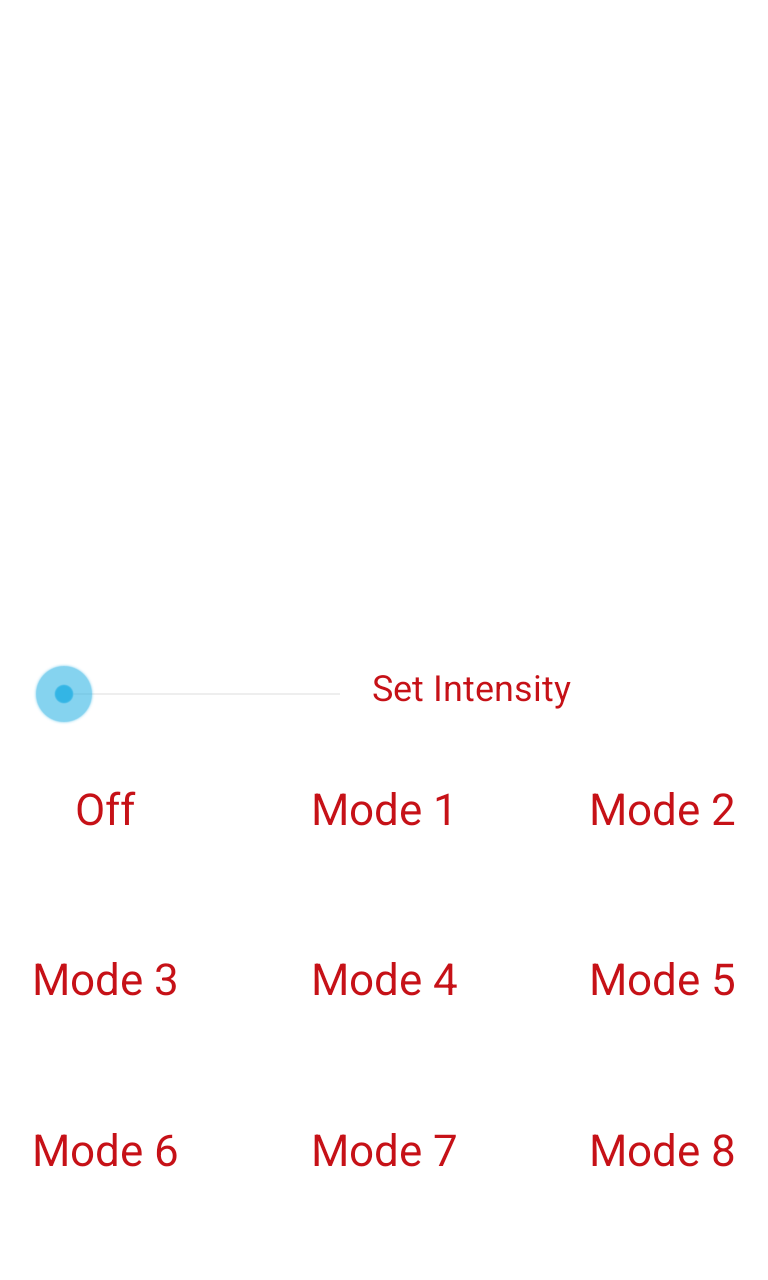
Repository: DigitasLabsParis/UnicornHorn
Layout: AndroidApp/UnicHorn/res/layout/activity_main.xml
The author's editor kept a copy of each file at every save. The layout is drawn from the files as they stood at one save, then again after the next save.
It is drawn on a 768 x 1280 px phone screen (xhdpi) without system bars, with theme AppTheme; the app's code is not run.

Above is the layout before, as saved 2015-01-06 15:40:11.

After the next save:
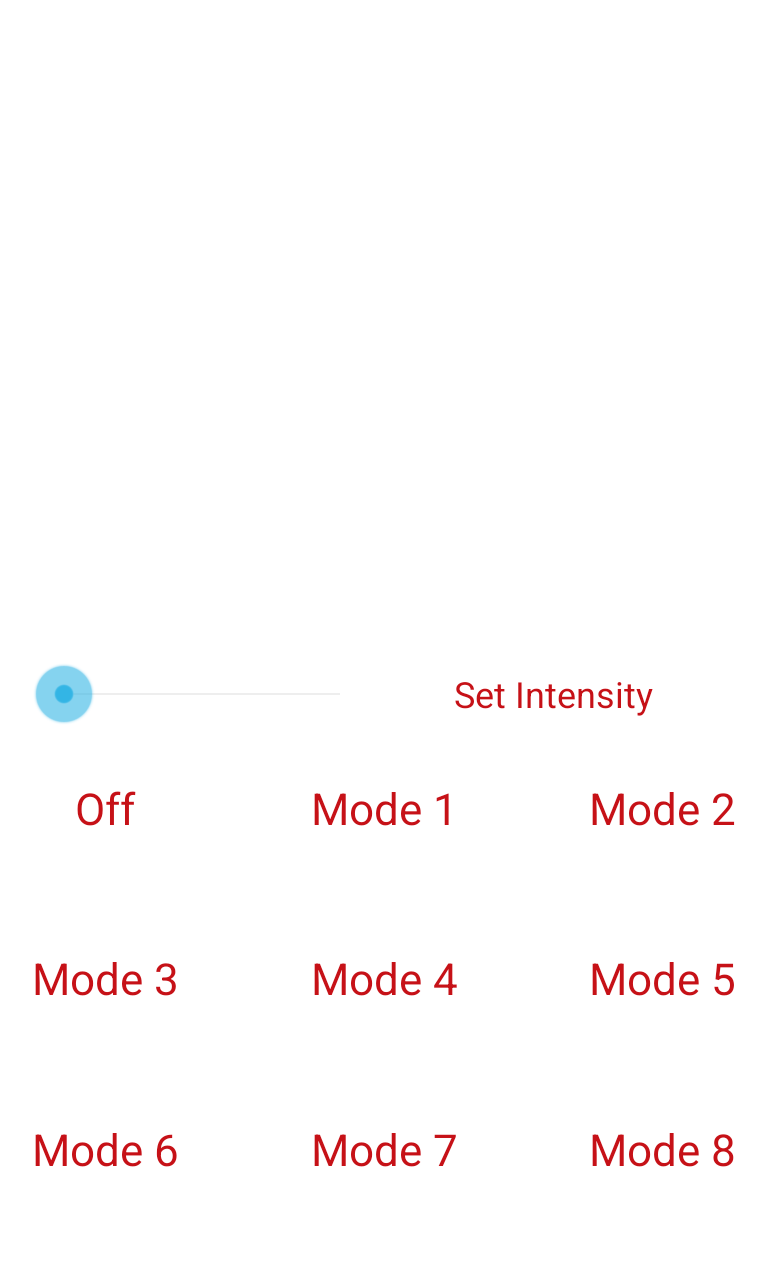
Saved 11 s later.
--- a/AndroidApp/UnicHorn/res/layout/activity_main.xml
+++ b/AndroidApp/UnicHorn/res/layout/activity_main.xml
@@ -126,12 +126,13 @@
         <TextView
             android:id="@+id/textView0"
             android:layout_column="1"
-            android:layout_gravity="left|top"
+            android:layout_gravity="center"
             android:layout_row="0"
             android:gravity="center"
             android:text="Set Intensity"
             android:textAppearance="?android:attr/textAppearanceMedium"
             android:textColor="#C61117" />
+
     </GridLayout>
 
 </RelativeLayout>
